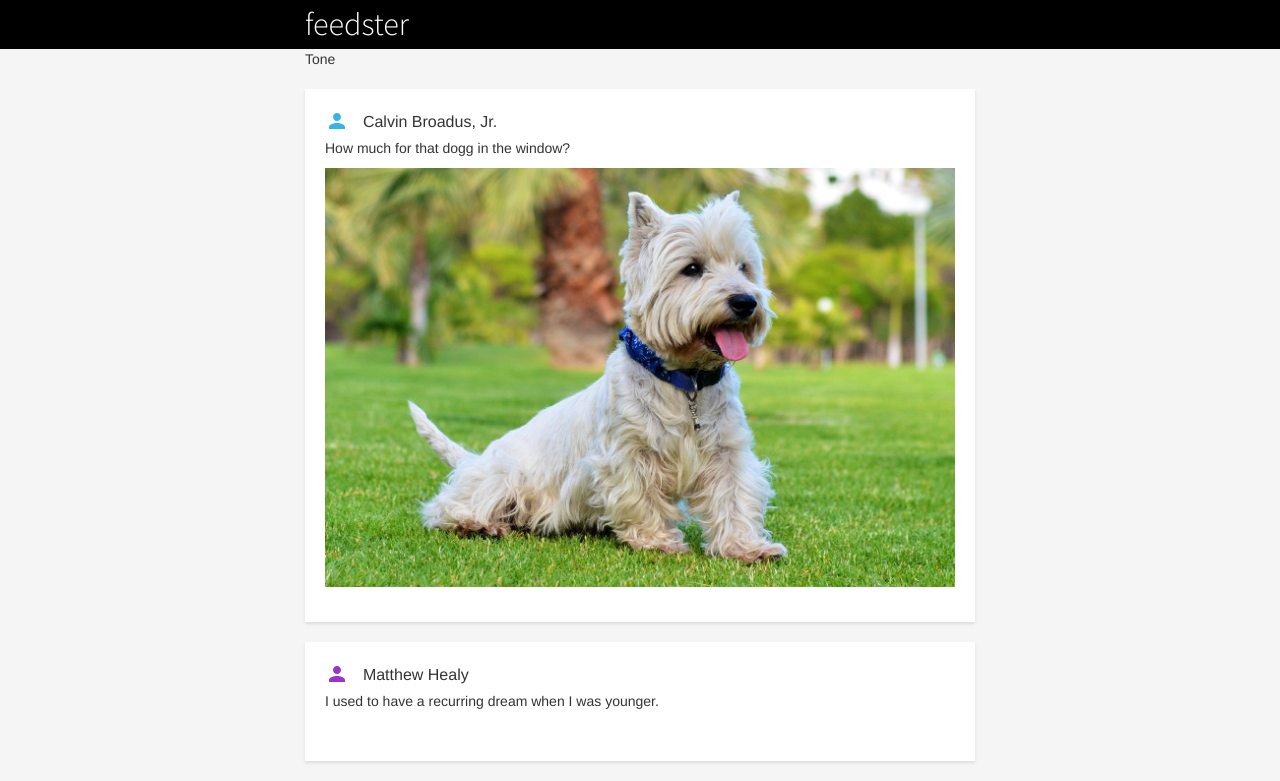
Repository: tonehoeft/codecademy-feedster
Page: index.html
The author's editor kept a record of every edit. The page is drawn from the files as they stood at one moment, then again after the next edit.
The browser window is 1280 px wide. The pictures show the whole page.
Some web libraries are served in a nearby version.

Above is the page before.

After the next edit:
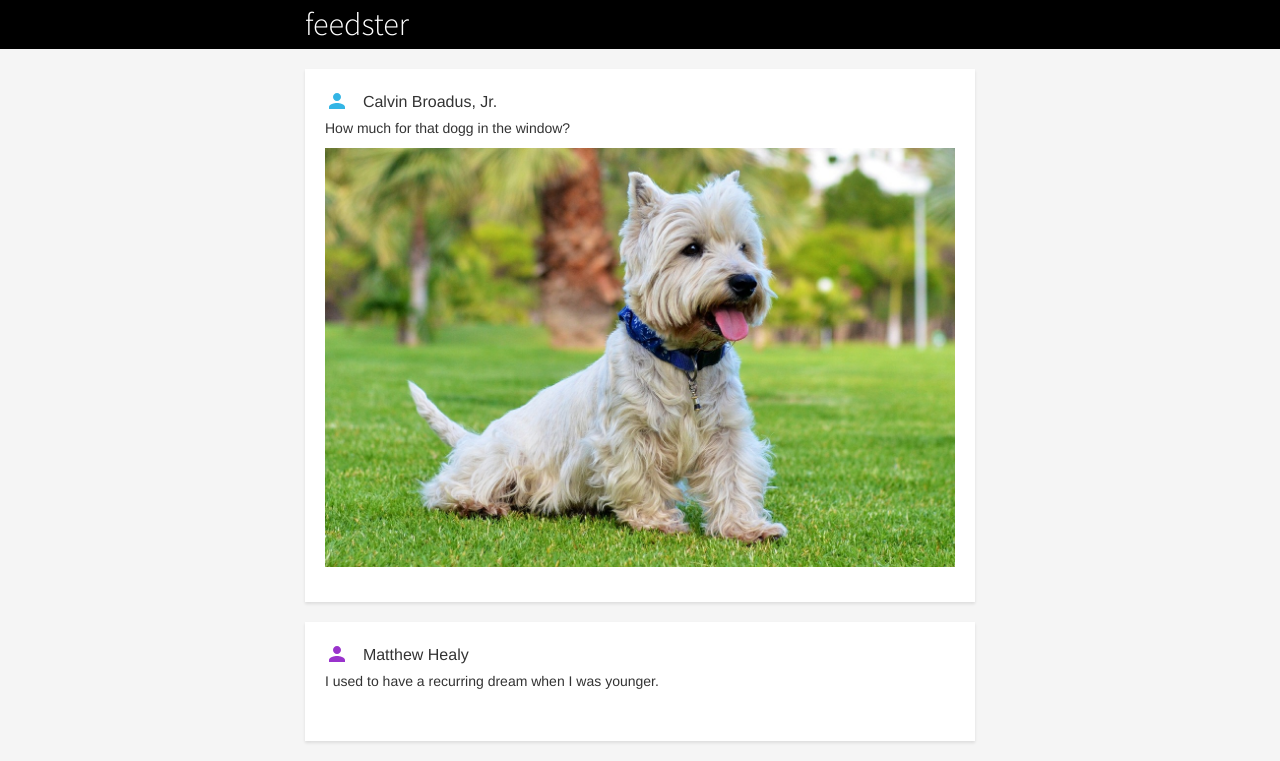
The edit:
--- a/index.html
+++ b/index.html
@@ -21,7 +21,7 @@
 
     <div class="posts" ng-controller="PostController">
       <div class="container">
-{{name}}
+
         <div class="post" ng-repeat="post in posts">
           <feedster-post post="post"></feedster-post>
         </div>
